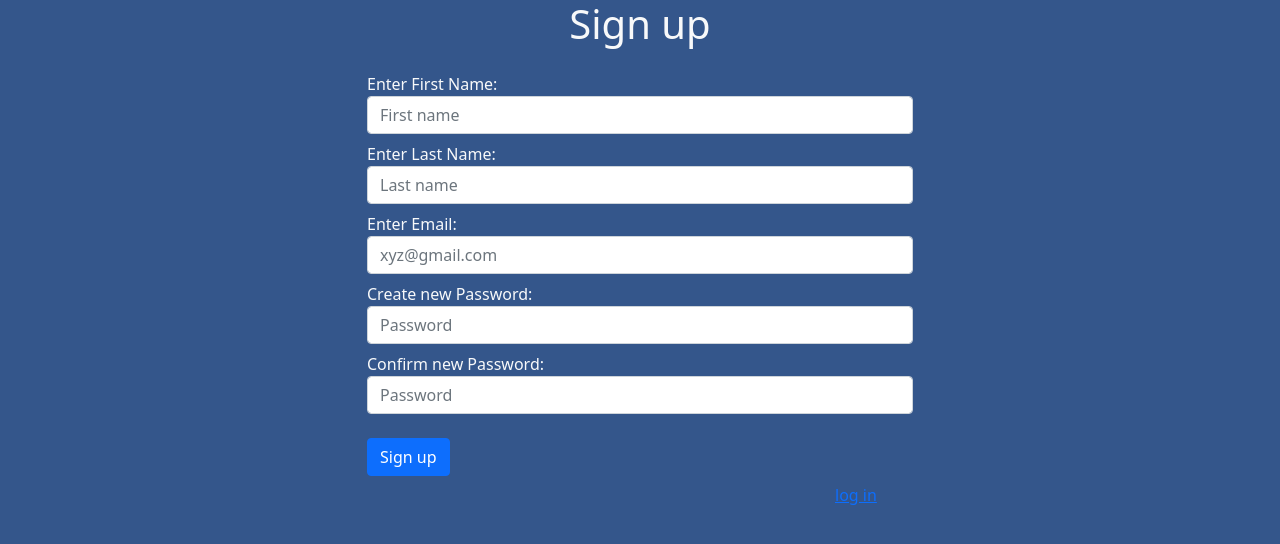
Repository: paresh-art/MyWebsite
Page: http://localhost/com.website/
These files come from the project's save history. The page is drawn as it stood at one moment and after the next save; the edit follows.
The browser window is 1280 px wide. The pictures show the whole page.
The page is served by Tomcat 9.

Above is the page before, as saved 2022-11-07 15:20:51.

After the next save:
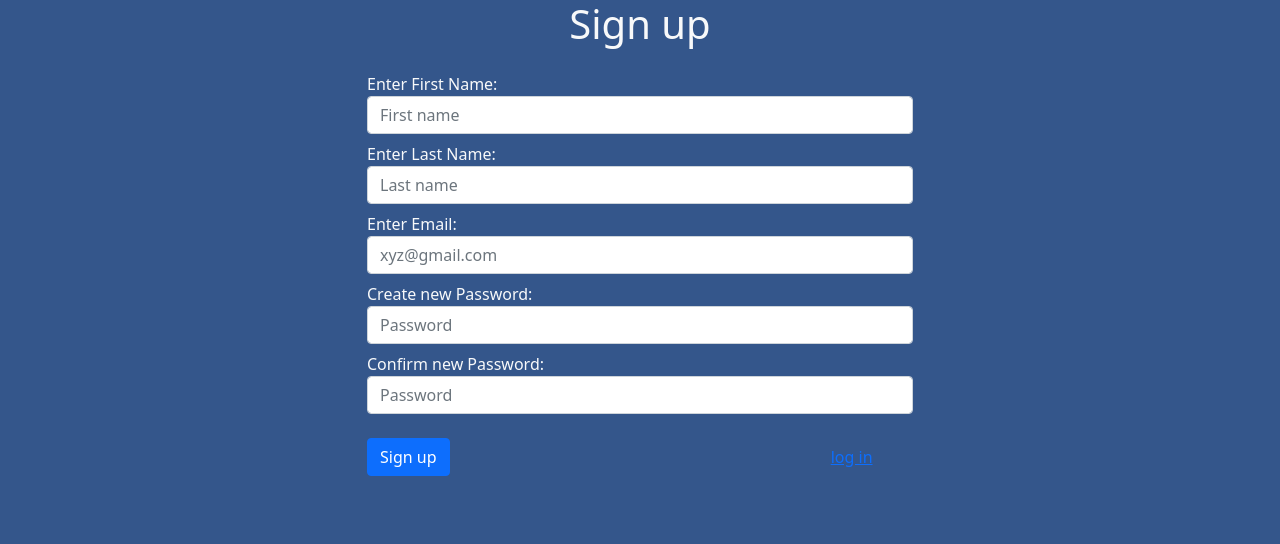
Saved 16 s later.
--- a/com.website/src/main/webapp/index.jsp
+++ b/com.website/src/main/webapp/index.jsp
@@ -55,7 +55,7 @@
 			<div class="row">
 				<div class="col-lg-6 col-md-8 col-sm-12 mx-auto text-light">
 					<button class="btn btn-primary " type="submit">Sign up</button>
-					<button type="button" class="btn btn-link offset-10">log in</button>
+					<button type="button" class="btn btn-link offset-8">log in</button>
 				</div>
 
 			</div>
